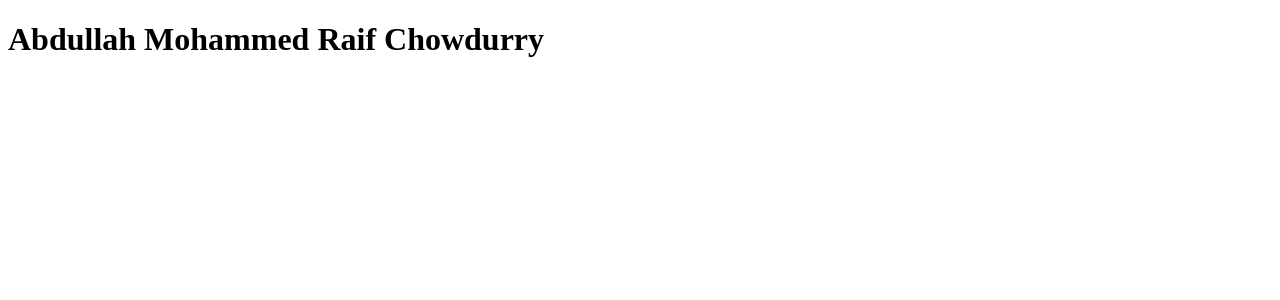
Repository: Raif-007/Portfolio
Page: index.html
An editor plug-in stored every save of this project. The page is shown before and after the next save, followed by the edit.
The browser window is 1280 px wide. The pictures show the whole page.

Above is the page before, as saved 2021-07-05 15:26:34.

After the next save:
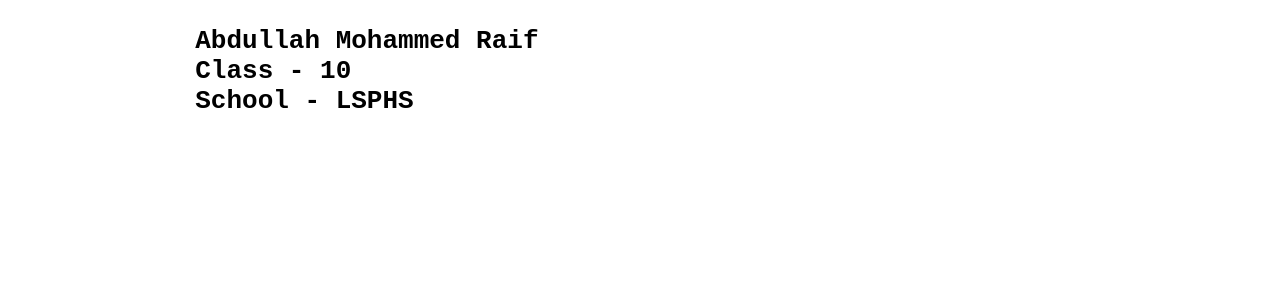
Saved 12 min 27 s later.
--- a/index.html
+++ b/index.html
@@ -10,7 +10,12 @@
 
 <body>
     <h1>
-        Abdullah Mohammed Raif Chowdurry
+        <pre>
+            Abdullah Mohammed Raif
+            Class - 10
+            School - LSPHS
+        </pre>
+
     </h1>
 </body>
 
